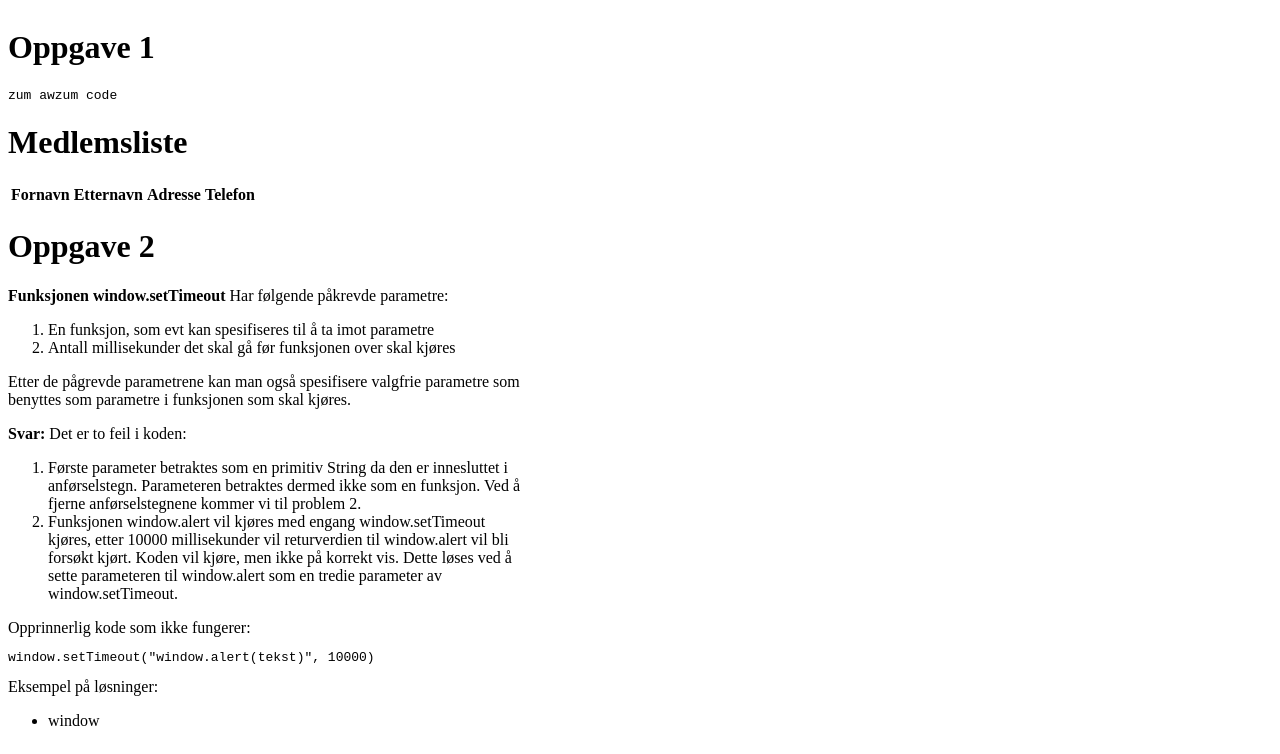
Repository: superdids/DAT152
Page: Oblig1/WebContent/index.html
An editor plug-in stored every save of this project. The page is shown before and after the next save, followed by the edit.
The browser window is 1280 px wide. The pictures show the whole page.

Above is the page before, as saved 2015-09-05 22:00:29.

After the next save:
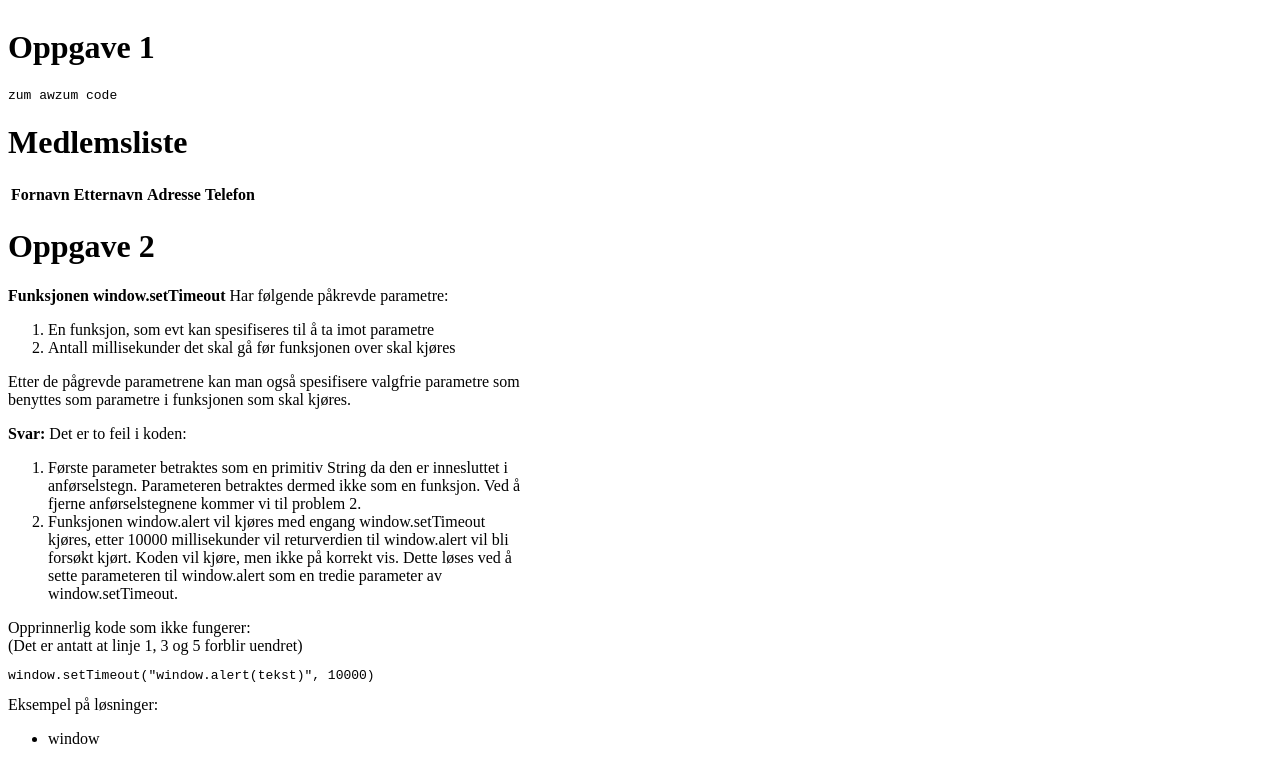
Saved 23 s later.
--- a/Oblig1/WebContent/index.html
+++ b/Oblig1/WebContent/index.html
@@ -44,7 +44,8 @@ vil bli forsøkt kjørt. Koden vil kjøre, men ikke på korrekt vis.
 Dette løses ved å sette parameteren til window.alert som en tredie parameter
 av window.setTimeout. </li>
 </ol>
-Opprinnerlig kode som ikke fungerer:
+Opprinnerlig kode som ikke fungerer: <br />
+(Det er antatt at linje 1, 3 og 5 forblir uendret)
 <pre>window.setTimeout("window.alert(tekst)", 10000)</pre>
 Eksempel på løsninger:
 <ul>
